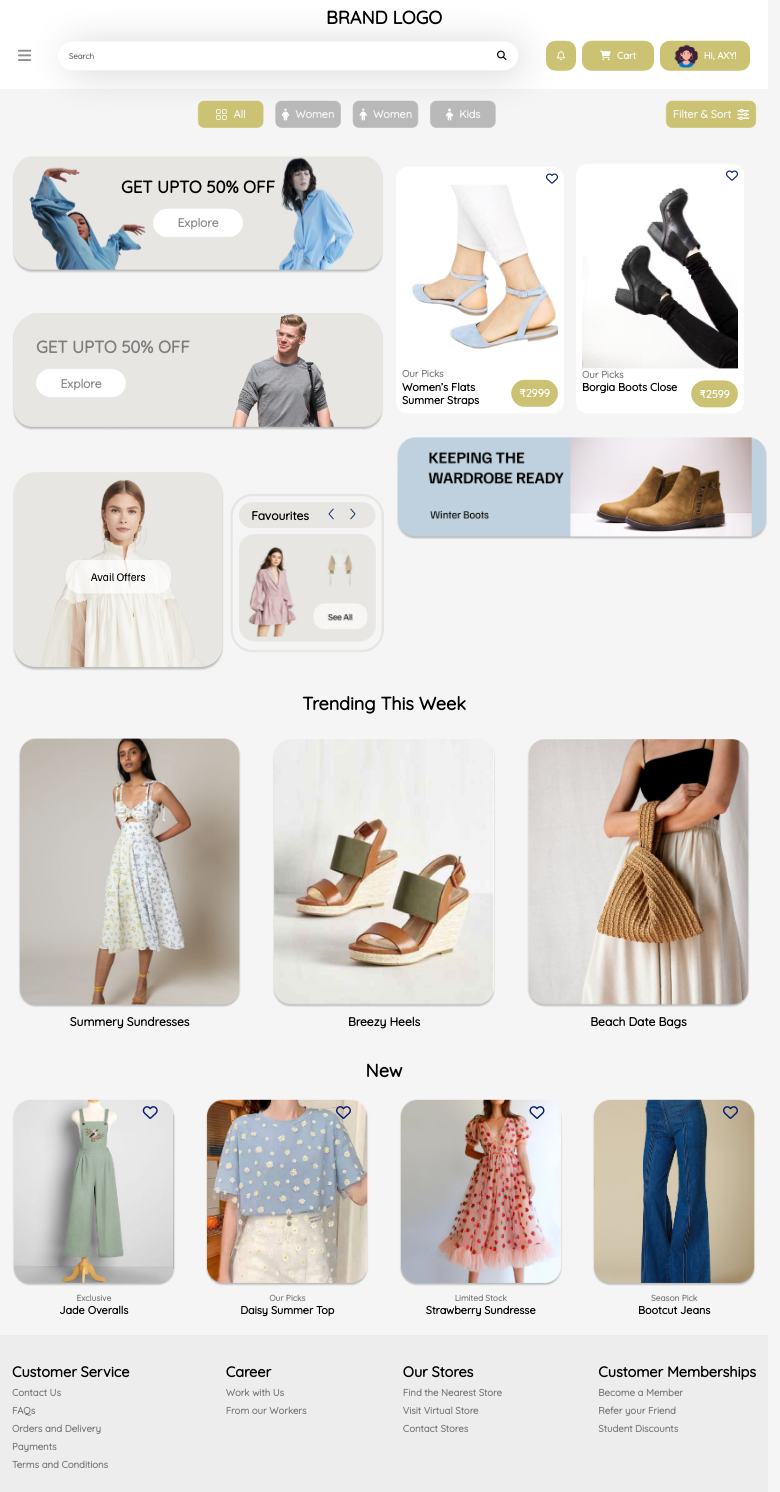
Repository: FlyweisReact/Jaspal
Page: /homepage
An editor plug-in stored every save of this project. The page is shown before and after a run of saves, followed by the edit.
The browser window is 1280 px wide. The page is 1300 px wide, so the pictures cover 1300 px, including what lies to the right of the window. The pictures show the whole page, at 60% of full size.
Some web libraries are served in a nearby version. The project was rebuilt for these pictures with package versions that can differ from the ones it lists, and the page was loaded fresh each time. Also part of the build but not shown: src/Pages/Login/Login.js.

Above is the page before, as saved 2023-08-19 12:27:19.

After the next 2 saves:
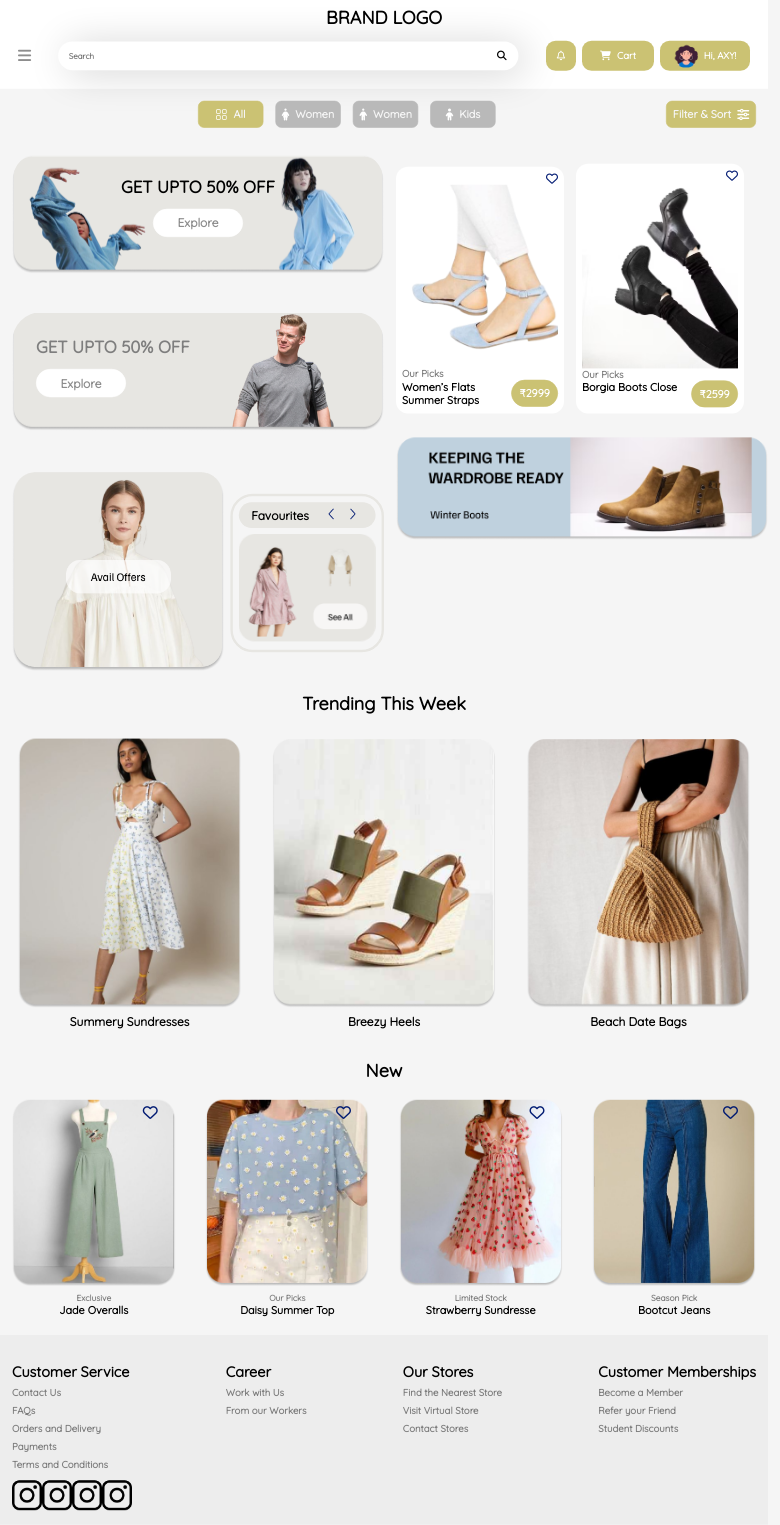
The 2 saves are shown as one change because 1 did not build or start.
The last was saved 87 s later.
--- a/src/Navbar/Footer.js
+++ b/src/Navbar/Footer.js
@@ -35,7 +35,10 @@ const Footer = () => {
         </ul>
 
         <div className="social-links">
-
+        <img src="/Image/20.png" alt='' />
+        <img src="/Image/20.png" alt='' />
+        <img src="/Image/20.png" alt='' />
+        <img src="/Image/20.png" alt='' />
 
         </div>
 
